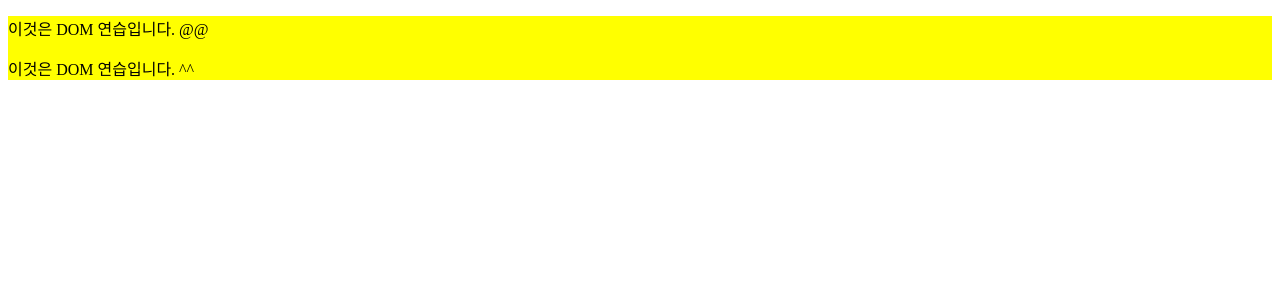
Repository: ady0099/webstudy
Page: 03_javascript/src/main/webapp/day03/ex10_DOM.html
These files come from the project's save history. The page is drawn as it stood at one moment and after the next save; the edit follows.
The browser window is 1280 px wide. The pictures show the whole page.

Above is the page before, as saved 2023-06-29 06:33:22.

After the next save:
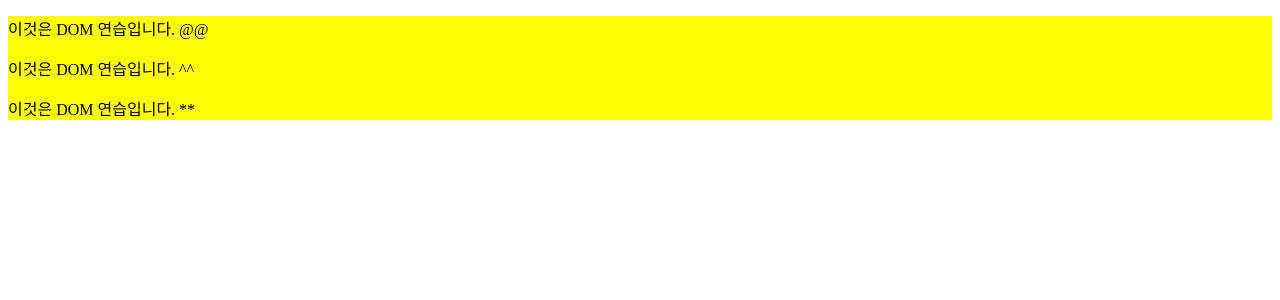
Saved 7 s later.
--- a/03_javascript/src/main/webapp/day03/ex10_DOM.html
+++ b/03_javascript/src/main/webapp/day03/ex10_DOM.html
@@ -30,7 +30,7 @@
 			p.appendChild(p_txt);
 
 			var div = document.getElementById("myBox");
-			div.append
+			div.appendChild(p);
 			// 생성된 글자가 새로 만든 p태그 안에 들어가게 하자
 		</script>
 	</body>
